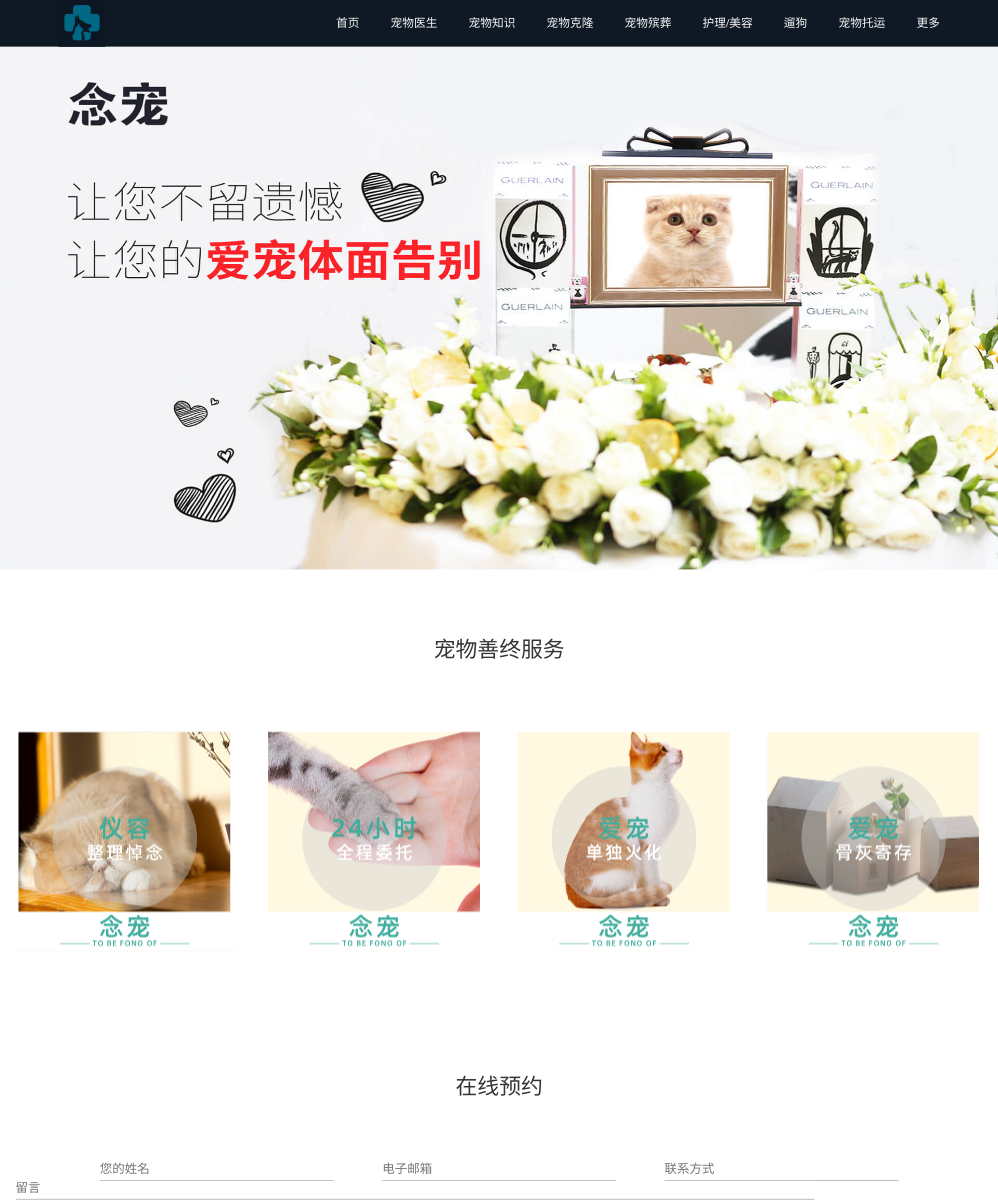
Repository: Sharang-heng/pet-hospital
Page: /petFuneral
These files come from the project's save history. The page is drawn as it stood at one moment and after the next save; the edit follows.
The browser window is 1280 px wide. The pictures show the whole page, at 78% of full size.
The project was rebuilt for these pictures with package versions that can differ from the ones it lists, and the page was loaded fresh each time. Also part of the build but not shown: vue.config.js, src/components/home_short.vue, src/views/HomePage.vue, src/components/footer.vue, src/views/counsel.vue, src/views/doctor.vue, src/views/knowledge.vue, src/views/clone.vue and 10 more. Imported but missing from the stored project, and not drawn on this page: src/assets/video/homepage.mp4.

Above is the page before, as saved 2021-01-13 14:00:28.

After the next save:
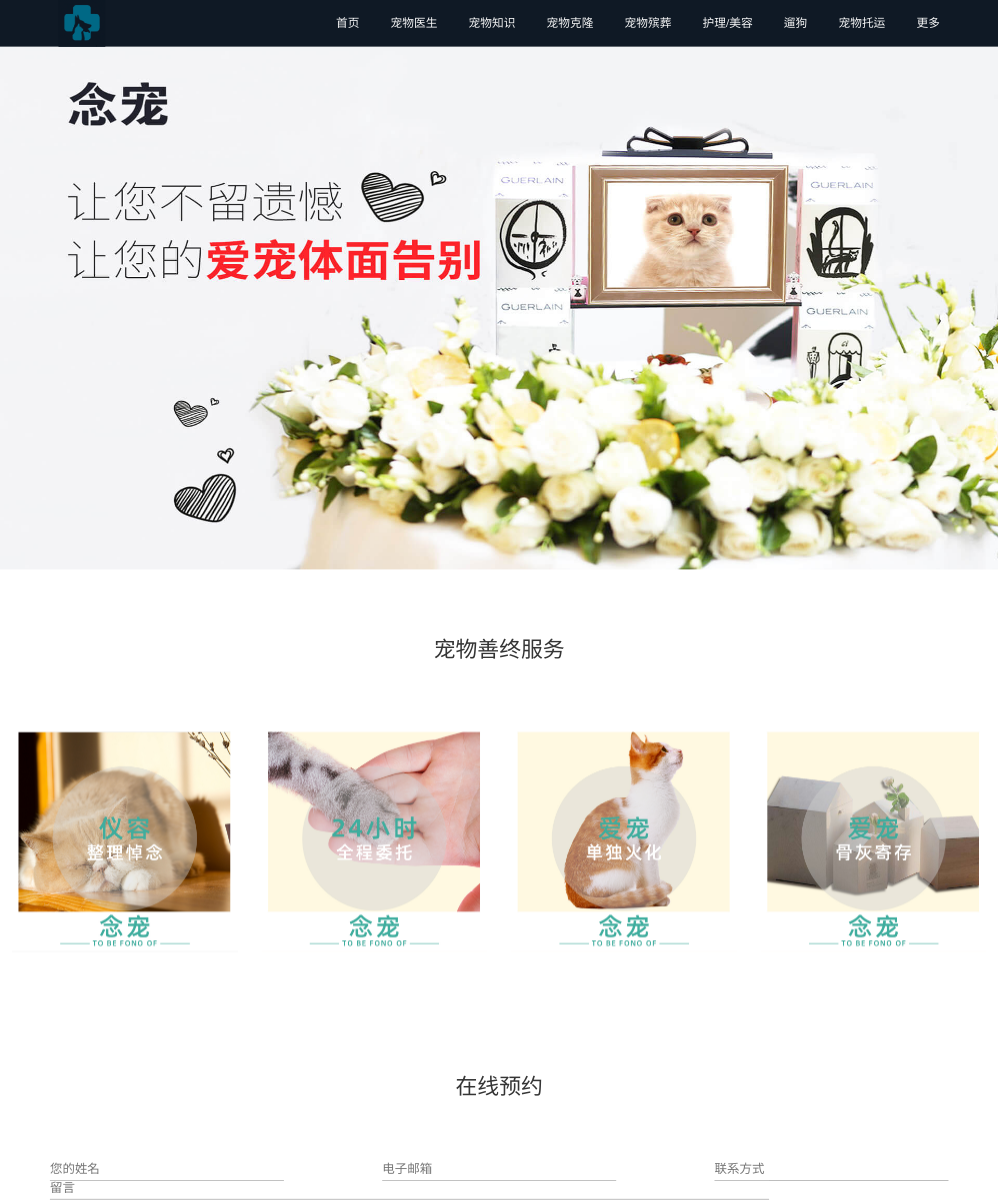
Saved 49 s later.
--- a/src/views/petFuneral.vue
+++ b/src/views/petFuneral.vue
@@ -42,7 +42,7 @@
           <input v-model="phone" placeholder="联系方式" class="input_text" />
         </li>
       </div>
-      <div>
+      <div class="area_container">
         <input
           type="textarea"
           :rows="2"
@@ -118,7 +118,7 @@
   .orderForm {
     width: 100%;
     .detail_msg {
-      padding: 0 10%;
+      padding: 0 5%;
       display: flex;
       justify-content: space-between;
       width: 100%;
@@ -132,15 +132,18 @@
         outline: none;
       }
     }
-    .input_area {
-      margin: 0 20px;
-      width: 80%;
-      border: none;
-      border-bottom: 1px solid #ababab;
-      font-size: 16px;
-      color: #ababab;
-      padding: 0 0 5px 0;
-      outline: none;
+    .area_container {
+      padding: 0 5%;
+      .input_area {
+        // margin: 0 20px;
+        width: 80%;
+        border: none;
+        border-bottom: 1px solid #ababab;
+        font-size: 16px;
+        color: #ababab;
+        padding: 0 0 5px 0;
+        outline: none;
+      }
     }
   }
 }
